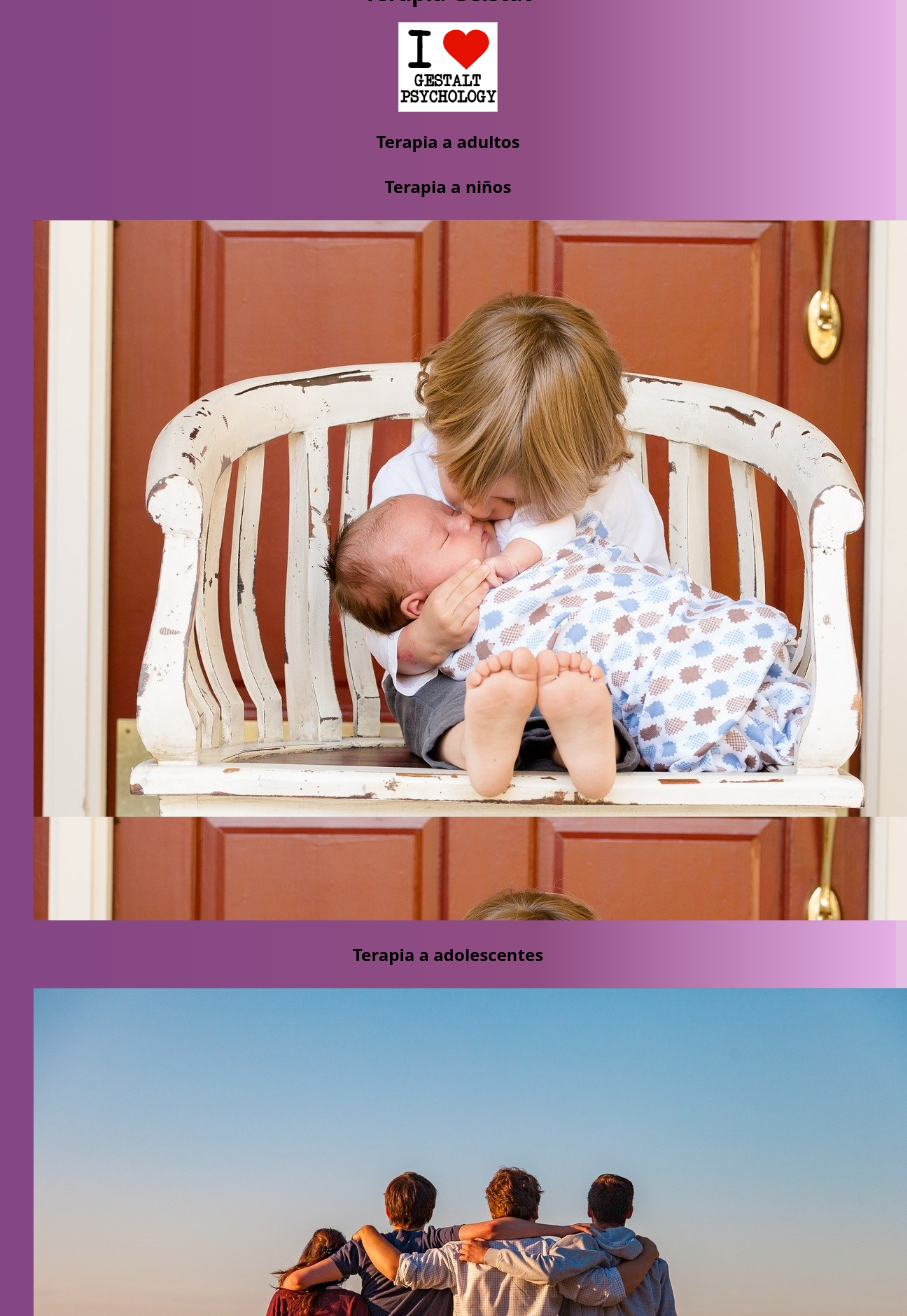
Repository: Jogalso/webPsicologa
Page: /
These files come from the project's save history. The page is drawn as it stood at one moment and after the next save; the edit follows.
The browser window is 1280 px wide. The page is 1296 px wide, so the pictures cover 1296 px, including what lies to the right of the window. The pictures show the part of the page from y = 324 to 2204 px (the page is 4392 px tall before and 5424 px after), at 70% of full size.
Backgrounds fixed to the window are drawn as part of the page. The project was rebuilt for these pictures with package versions that can differ from the ones it lists, and the page was loaded fresh each time. Some packages were replaced by stand-ins written for this rebuild. The framework's server and built-in components were replaced by stand-ins that run in the browser.

Above is the page before, as saved 2021-07-13 10:04:46.

After the next save:
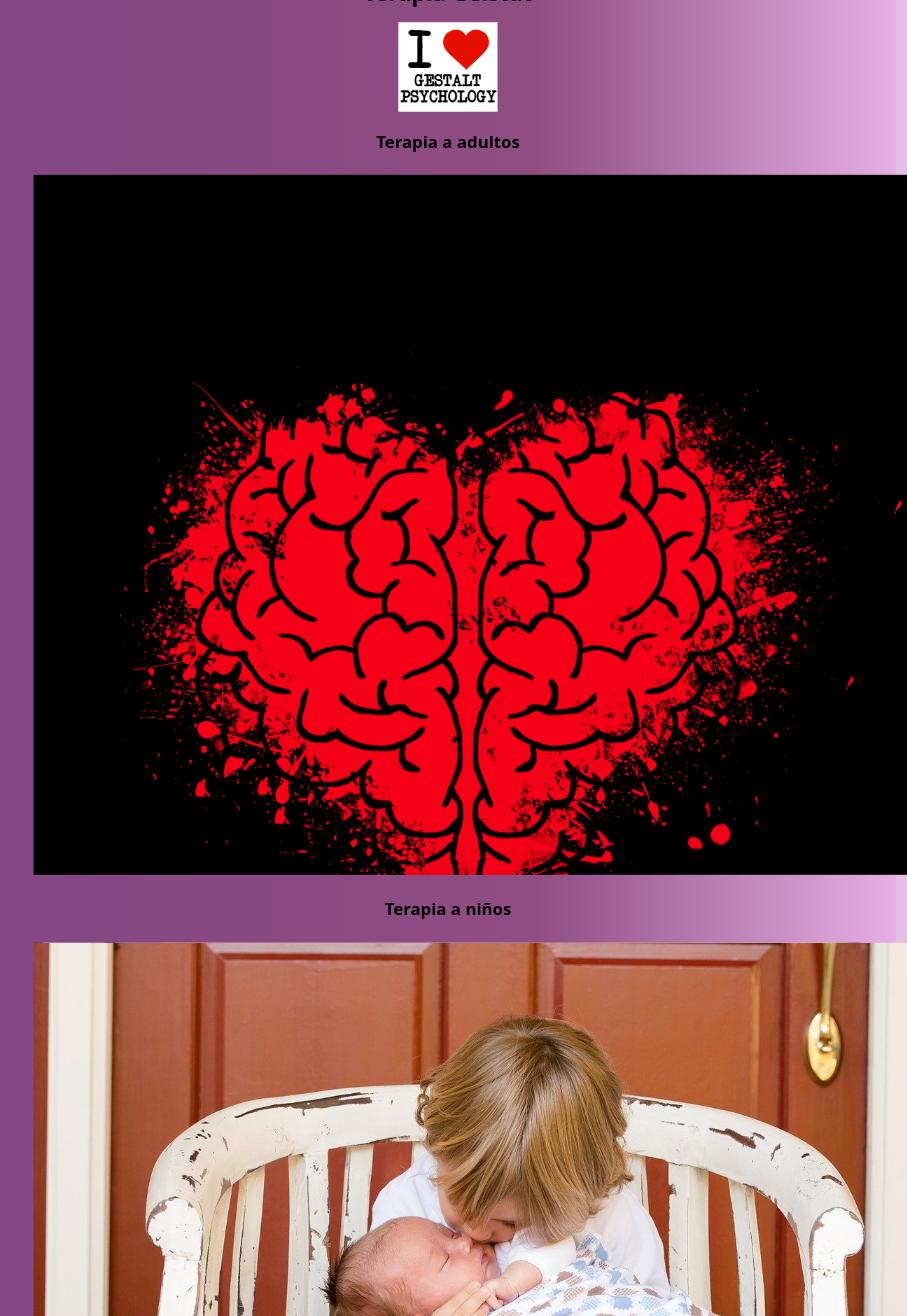
Saved 13 s later.
--- a/components/Terapias.jsx
+++ b/components/Terapias.jsx
@@ -42,7 +42,7 @@ export default function Terapias() {
                         width: 100%;
                     }
                     .TerapiaPersonal{
-                        min-height: 100%;
+                        min-height: 1000px;
                         min-width: 100%;
                         margin-left: 0px;
                         margin-right: 0px;
